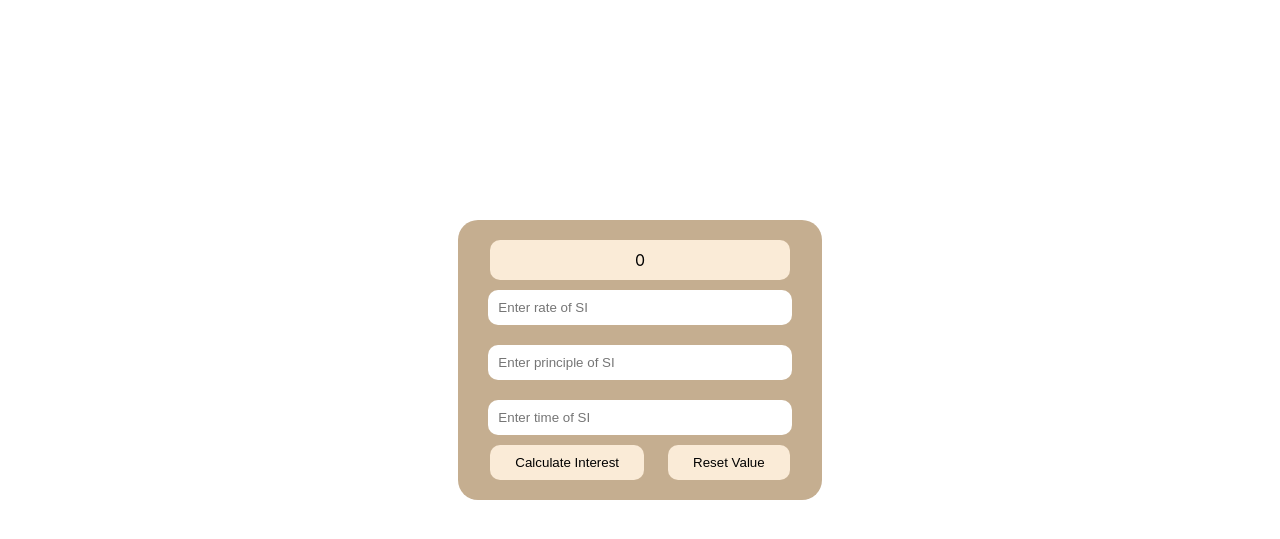
Repository: purnimapatel/SI-calculator
Page: /
An editor plug-in stored every save of this project. The page is shown before and after the next save, followed by the edit.
The browser window is 1280 px wide. The pictures show the whole page.
The project was rebuilt for these pictures with package versions that can differ from the ones it lists, and the page was loaded fresh each time.

Above is the page before, as saved 2024-08-26 12:13:50.

After the next save:
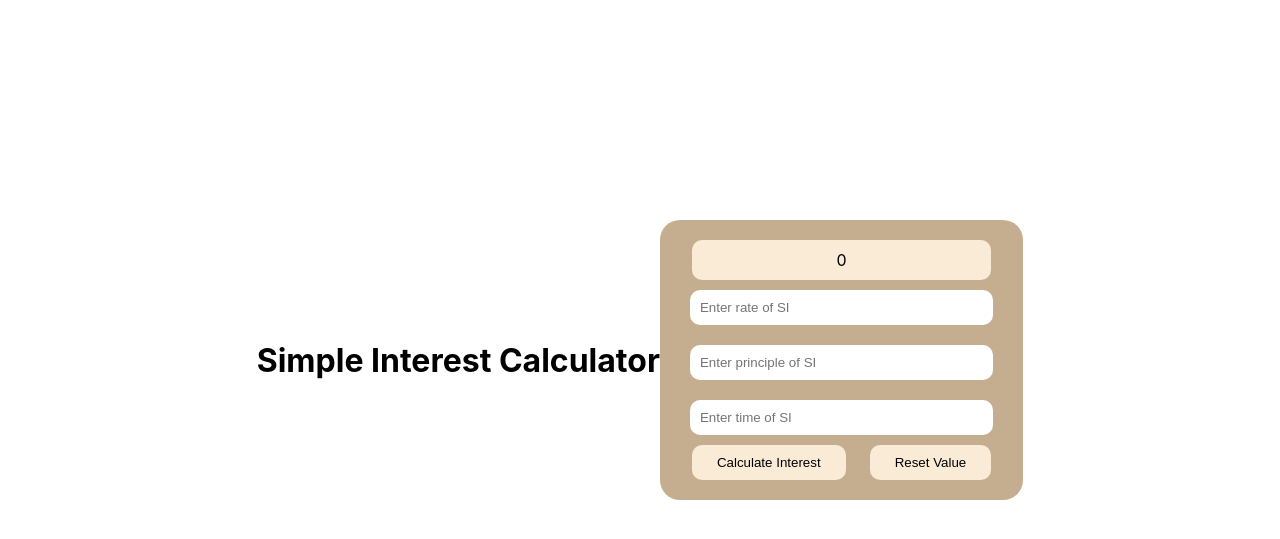
Saved 54 s later.
--- a/src/App.jsx
+++ b/src/App.jsx
@@ -9,6 +9,7 @@ function App() {
   return(
 
     <div className="container">
+    <h1>Simple Interest Calculator</h1>
     <div className="container1">
     <div className="result">
     {res}
